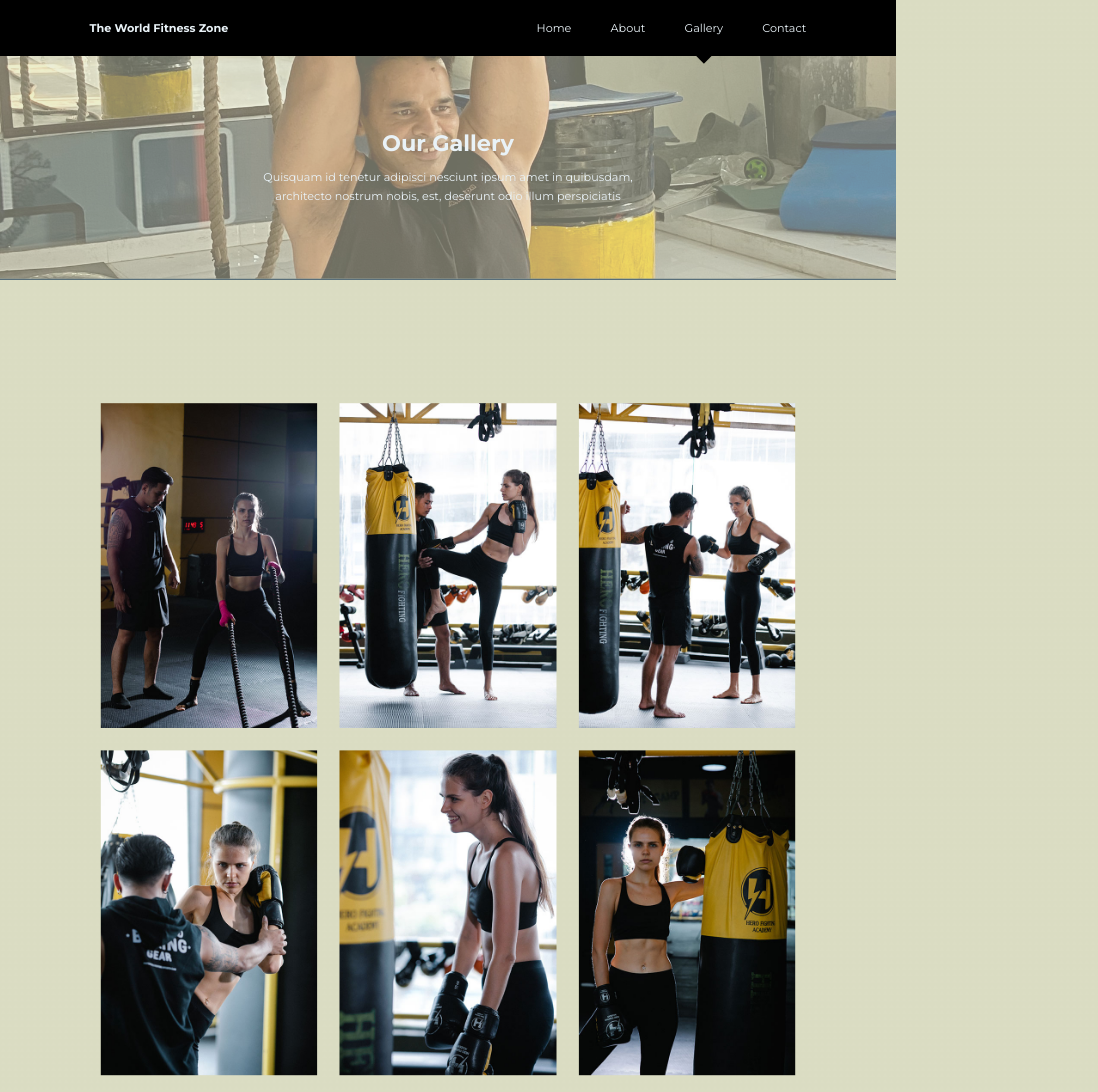
Repository: aryaMode/gym-portfolio
Page: /gallery
These files come from the project's save history. The page is drawn as it stood at one moment and after the next save; the edit follows.
The browser window is 1280 px wide. The page is 1568 px wide, so the pictures cover 1568 px, including what lies to the right of the window. The pictures show the part of the page from y = 0 to 1560 px (the page is 2728 px tall), at 70% of full size.
The project was rebuilt for these pictures with package versions that can differ from the ones it lists, and the page was loaded fresh each time. Also part of the build but not shown: src/components/MainHeader.jsx, src/components/SectionHead.jsx, src/UI/Card.jsx, src/components/Program.jsx, src/components/Values.jsx, src/components/FAQ.jsx, src/components/FAQs.jsx, src/components/Testimonial.jsx and 12 more.

Above is the page before, as saved 2023-07-20 19:10:52.

After the next save:
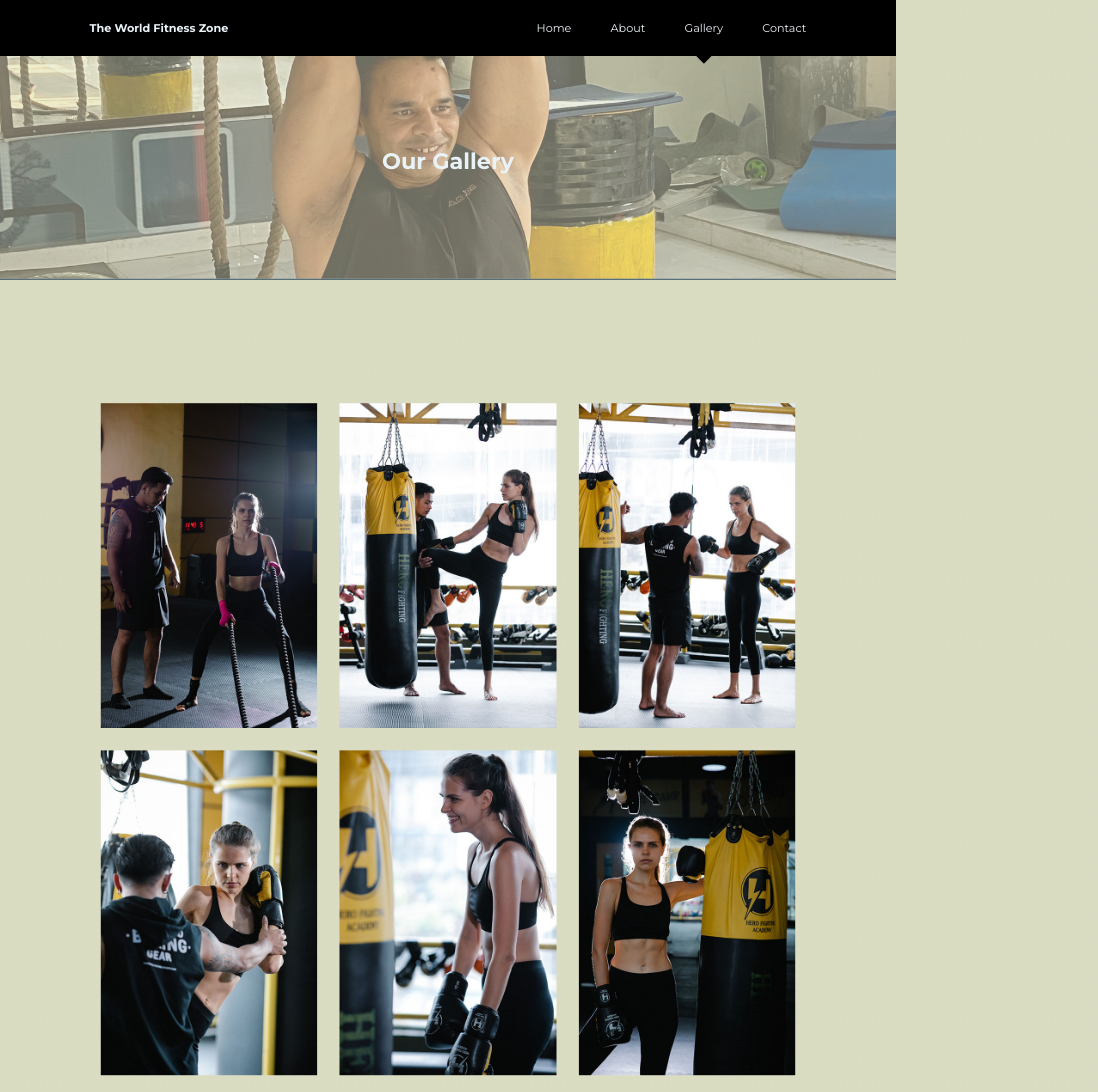
Saved 2 min 52 s later.
--- a/src/pages/gallery/Gallery.jsx
+++ b/src/pages/gallery/Gallery.jsx
@@ -14,8 +14,7 @@ function Gallery() {
 	return (
 		<>
 			<Header title="Our Gallery" image={HeaderImage}>
-				Quisquam id tenetur adipisci nesciunt ipsum amet in quibusdam,
-				architecto nostrum nobis, est, deserunt odio illum perspiciatis
+
 			</Header>
 			<section className="gallery">
 				<div className="container gallery__container">
